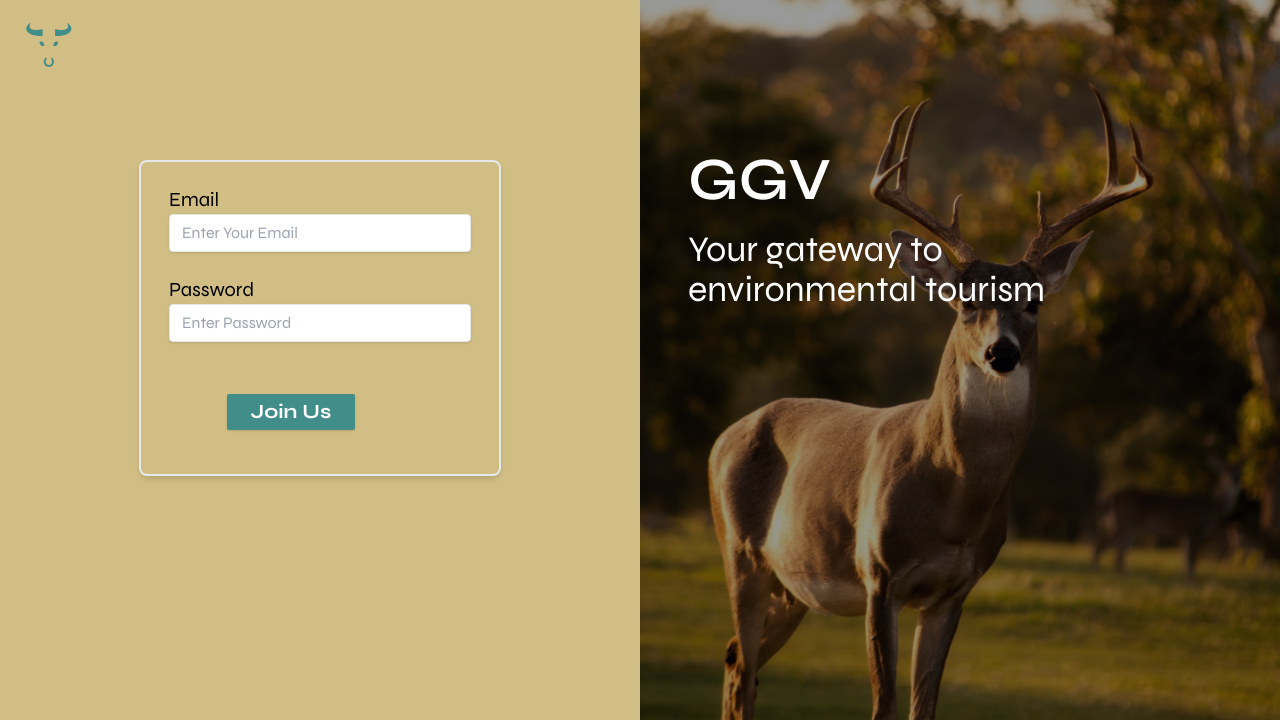
Repository: EngrAhmadUmar/landing-page
Page: /login
These files come from the project's save history. The page is drawn as it stood at one moment and after the next save; the edit follows.
The browser window is 1280 px wide. The pictures show the whole page.
The project was rebuilt for these pictures with package versions that can differ from the ones it lists, and the page was loaded fresh each time. The framework's server and built-in components were replaced by stand-ins that run in the browser. Also part of the build but not shown: next.config.js, styles/Home.module.css, src/Components/ApplyPageComponents/ApplyForm.jsx, src/Components/ApplyPageComponents/RegisterForm.jsx.

Above is the page before, as saved 2022-07-08 15:11:00.

### pages/_app.js
import "../styles/globals.css";
import { ApolloClient, InMemoryCache, ApolloProvider } from "@apollo/client";

//apollo clients
const client = new ApolloClient({
  uri: "http://localhost:1337/graphql",
  cache: new InMemoryCache()
});

function MyApp({ Component, pageProps }) {
  return (
    <ApolloProvider client={client}>
      <Component {...pageProps} />
    </ApolloProvider>
  );
}

export default MyApp;

### pages/login.js
import React from "react";
import {
  LoginForm,
} from "../src/Components/ApplyPageComponents/Index";

export default function Login() {
  return (
    <React.Fragment>
      <div className="bg-[#000107] font-syne ">
        <LoginForm />
      </div>
    </React.Fragment>
  );
}

### pages/api/checkout_sessions.js
const stripe = require("stripe")(process.env.STRIPE_SECRET_KEY);

export default async function handler(req, res) {
  if (req.method === "POST") {
    try {
      const sgMail = require("@sendgrid/mail");
      sgMail.setApiKey(process.env.SENDGRID_API_KEY);
      const message = {
        to: "zcaptain65@gmail.com",
        from: "zcaptain2002@gmail.com",
        // subject: "Scenario 44",
        // text: "Lift and coast where possible",
        templateId: "d-f408be01db99489cbd757d4607cf23f2",
        dynamicTemplateData: {
          subject: "GGV Test Email",
        },
        // html: "<h1>Success</h1> <p>We received your purchase request;<br/> we'll be in touch shortly!</p>",
      };

      sgMail
        .send(message)
        .then((response) => console.log("Email Sent"))
        .catch((error) => console.log(error.message));
      // Create Checkout Sessions from body params.
      const session = await stripe.checkout.sessions.create({
        line_items: [
          {
            // Provide the exact Price ID (for example, pr_1234) of the product you want to sell
            price: "price_1LG6qaFQPGmzrn5tDKjmnos3",
            quantity: 1,
          },
        ],
        mode: "payment",

        success_url: `${req.headers.origin}/payments/?success=true`,
        cancel_url: `${req.headers.origin}/payments/?canceled=true`,
      });
      res.redirect(303, session.url);
    } catch (err) {
      res.status(err.statusCode || 500).json(err.message);
    }
  } else {
    res.setHeader("Allow", "POST");
    res.status(405).end("Method Not Allowed");
  }
}

### styles/globals.css
@import url("https://fonts.googleapis.com/css2?family=Poppins:wght@400;500;600&family=Syne:wght@400;500;600;700&display=swap");

@tailwind base;
@tailwind components;
@tailwind utilities;

### src/Components/ApplyPageComponents/Index.jsx
export { default as ApplyForm } from "./ApplyForm";
export { default as LoginForm } from "./LoginForm";
export { default as RegisterForm } from "./RegisterForm";

### src/Components/ApplyPageComponents/LoginForm.jsx
import { useMutation } from "@apollo/client";
import Head from "next/head";
import { useState } from "react";
import Image from "next/image";
import FormButton from "./FormButton";
import { AUTH_TOKEN } from "../constant";
import { LOGIN_MUTATION } from "../../mutations/auth";

const Login = () => {
  const [username, setUsername] = useState("");
  const onChangeUsername = (e) => {
    setUsername(e.target.value);
  };
  const [password, setPassword] = useState("");
  const onChangePassword = (e) => {
    setPassword(e.target.value);
  };

  const onSubmit = (e) => {
    e.preventDefault();
    if (username === "" || password === "") {
      return alert("please fill in all fields");
    }
    login(username, password);

    setUsername("");
    setPassword("");
  };

  const [login, { data, loading, error }] = useMutation(LOGIN_MUTATION, {
    variables: {
      username: username,
      password: password
    }
  });

  if (data) {
    localStorage.setItem(AUTH_TOKEN, data.login.jwt);
    console.log(data);
    localStorage.setItem("user", JSON.stringify(data));
    console.log("user logged in");
  }

  return (
    <div className="font-syne bg-[#d1be84] bg-cover grid grid-col-1 md:grid-cols-2 md:h-[100vh]">
      <Head>
        <title>Login</title>
        <meta name="description" content="Login to GGV" />
      </Head>
      <div>
        <div className="w-[50px] h-40 pt-5 ml-6">
          <Image
            src="/logo.svg"
            layout="responsive"
            width={5}
            height={5}
            opacity={100}
          />
        </div>
        <div className="flex justify-center">
          <form
            onSubmit={onSubmit}
            className="pt-6 pb-8 mb-4 border-2 rounded-lg shadow-md px-7 border-gray "
          >
            <div className="mb-6">
              <label className="text-lg md:text-xl">Email</label>
              <input
                type="email"
                className="w-full px-3 py-2 leading-tight text-gray-700 border rounded shadow appearance-none focus:outline-none focus:shadow-outline"
                name="username"
                onChange={onChangeUsername}
                placeholder="Enter Your Email"
                value={username}
              />
            </div>

            <div className="mb-4">
              <label className="text-lg md:text-xl">Password</label>
              <input
                type="password"
                name="password"
                value={password}
                onChange={onChangePassword}
                placeholder="Enter Password"
                className="w-full px-3 py-2 leading-tight text-gray-700 border rounded shadow appearance-none focus:outline-none focus:shadow-outline"
              />
            </div>

            <div className="mt-5 ml-[8vh]">
              <FormButton buttonInfo={loading ? "Sending" : "Join Us"} />
            </div>
          </form>
        </div>
      </div>

      <div className=" flex bg-[url('/apply_for_visa_bg.png')]  bg-cover bg-no-repeat sm:bg-center md:bg-bottom lg:bg-bottom xl:bg-bottom 2xl:center">
        <div className="mt-[50px] md:mt-[150px] mx-4 md:mx-12">
          <h3
            className=" text-white
           text-4xl md:text-5xl lg:text-6xl font-semibold"
          >
            GGV
          </h3>
          <p className="max-w-md md:max-w-xl text-2xl md:text-4xl mt-5 text-white">
            Your gateway to <br></br>environmental tourism
          </p>
        </div>
      </div>
    </div>
  );
};

export default Login;

### src/Components/ApplyPageComponents/FormButton.jsx
const FormButton = ({ buttonInfo }) => {
  return (
    <button className="shadow bg-green focus:shadow-outline focus:outline-none text-white font-bold px-6 md:text-xl  rounded-sm mt-8 mb-3 py-1">
      {buttonInfo}
    </button>
  );
};

export default FormButton;

### src/mutations/auth.jsx
import { gql } from "@apollo/client";

const SIGNUP_MUTATION = gql`
  mutation  register($username: String!, $password: String!, $email:String!) {
    register(input: {username:$username, email: $email password:$password}) {
        jwt
        user {
            id
            email
            username
        }
    }
}

`;

const LOGIN_MUTATION = gql`
  mutation  login($username: String!, $password: String!) {
    login(input: {identifier:$username, password:$password}) {
        jwt
        user {
            id
            email
        }
    }
}

`;


export { SIGNUP_MUTATION, LOGIN_MUTATION };

### tailwind.config.js
/** @type {import('tailwindcss').Config} */
module.exports = {
  content: [
    "./pages/**/*.{js,ts,jsx,tsx}",
    "./components/**/*.{js,ts,jsx,tsx}",
    "./src/Components/**/*.{js,ts,jsx,tsx}"
  ],
  theme: {
    extend: {
      colors: {
        black: "#000107",
        green: "#418D89"
      },
      fontFamily: {
        syne: ["Syne"]
      }
    }
  },
  plugins: []
};

Loaded but not shown: src/Components/constant.jsx (common file); pages/api/email.js (no copy from this time; the picture is the same without it)

After the next save:
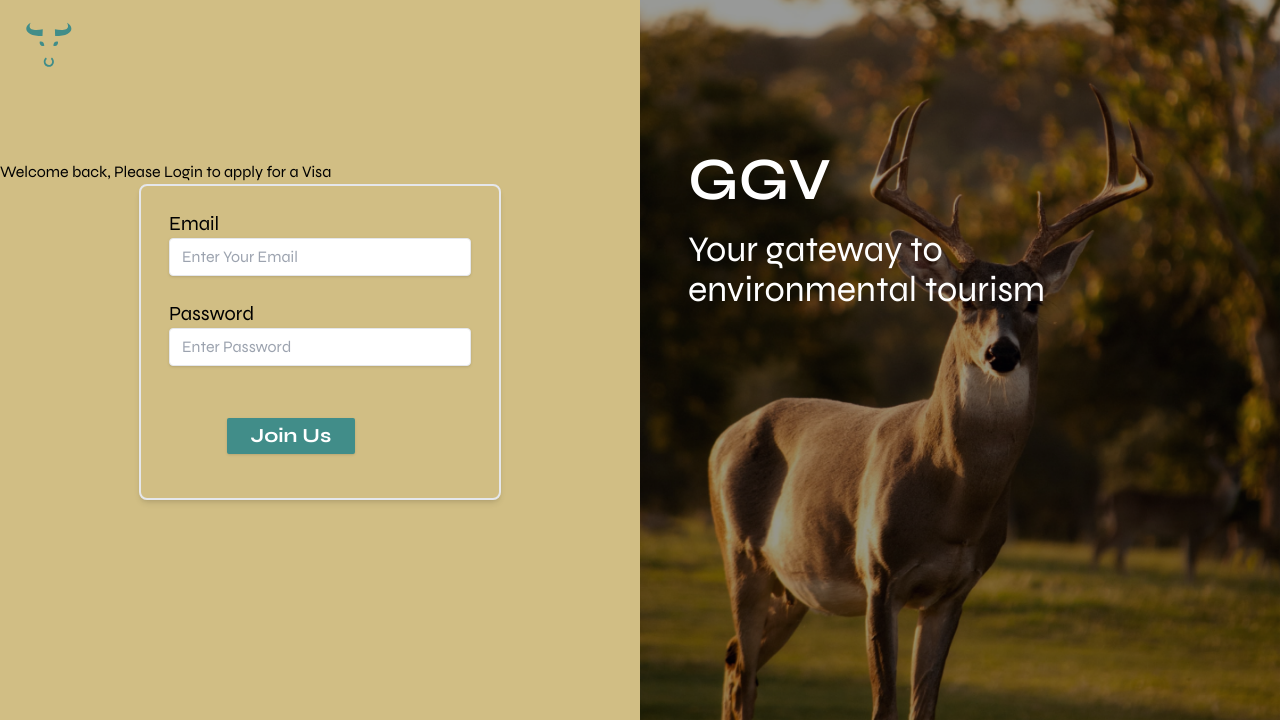
Saved 2 min 27 s later.
--- a/src/Components/ApplyPageComponents/LoginForm.jsx
+++ b/src/Components/ApplyPageComponents/LoginForm.jsx
@@ -57,6 +57,7 @@ const Login = () => {
             opacity={100}
           />
         </div>
+        <h3>Welcome back, Please Login to apply for a Visa</h3>
         <div className="flex justify-center">
           <form
             onSubmit={onSubmit}
